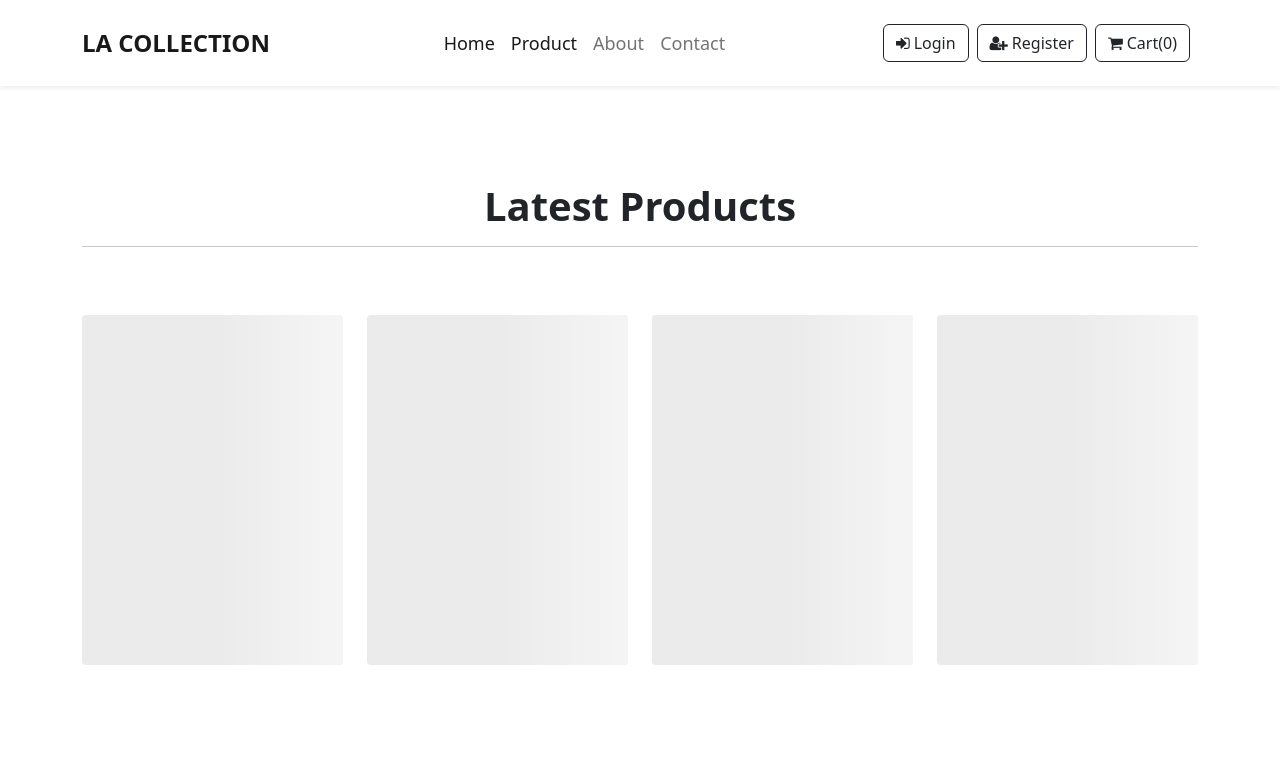
Repository: tiendungjr123/Ecommerce
Page: /products
The author's editor kept a copy of each file at every save. The page is drawn from the files as they stood at one save, then again after the next save.
The browser window is 1280 px wide. The pictures show the whole page.
The page's requests for data from a server got no answer. The project was rebuilt for these pictures with package versions that can differ from the ones it lists, and the page was loaded fresh each time. No one was signed in, and anything a server would have sent is missing. Also part of the build but not shown: src/components/Home.jsx, src/redux/action/index.js, src/components/ProductDetail.jsx, src/components/About.jsx, src/components/Contact.jsx, src/components/Cart.jsx, src/components/Checkout.jsx.

Above is the page before, as saved 2022-10-04 21:17:30.

After the next save:
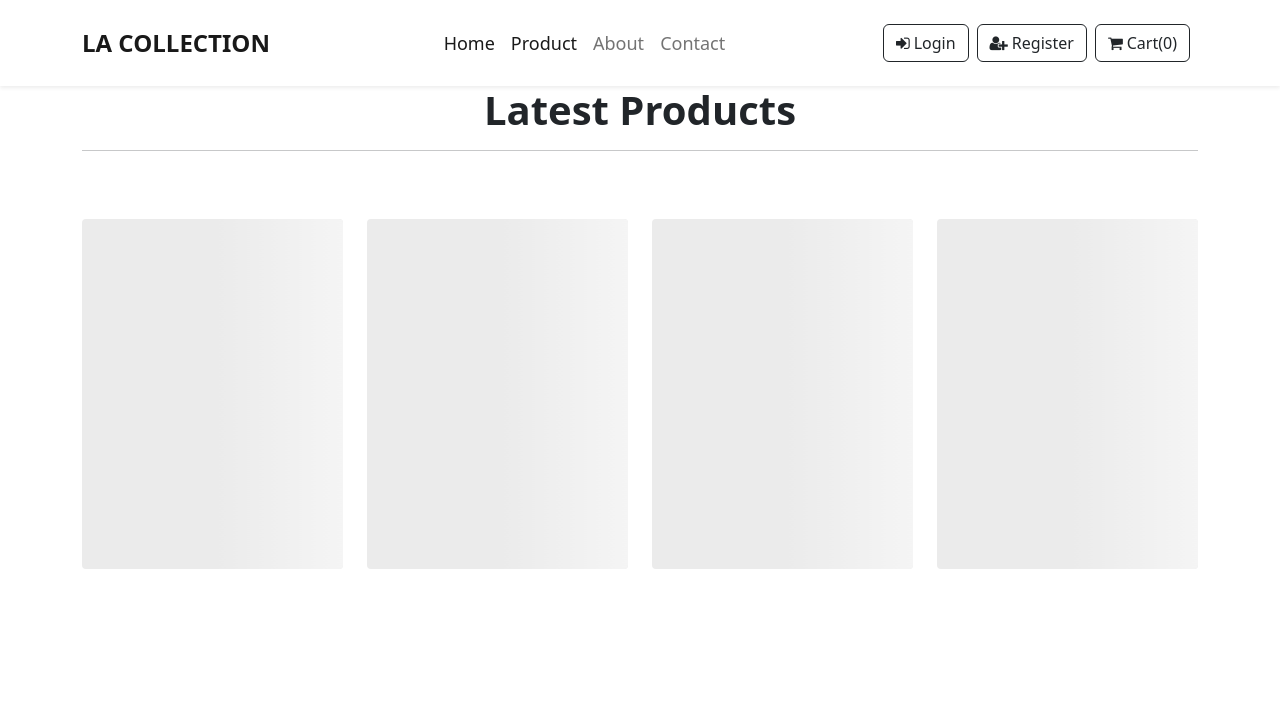
Saved 34 s later.
--- a/src/components/Products.jsx
+++ b/src/components/Products.jsx
@@ -82,7 +82,7 @@ const Products = () => {
    }
    return (
       <div>
-         <div className="container my-5 py-5">
+         <div className="container">
             <div className="row">
                <div className="col-12 mb-5">
                   <h1 className='display-6 fw-bolder text-center'>Latest Products</h1>
